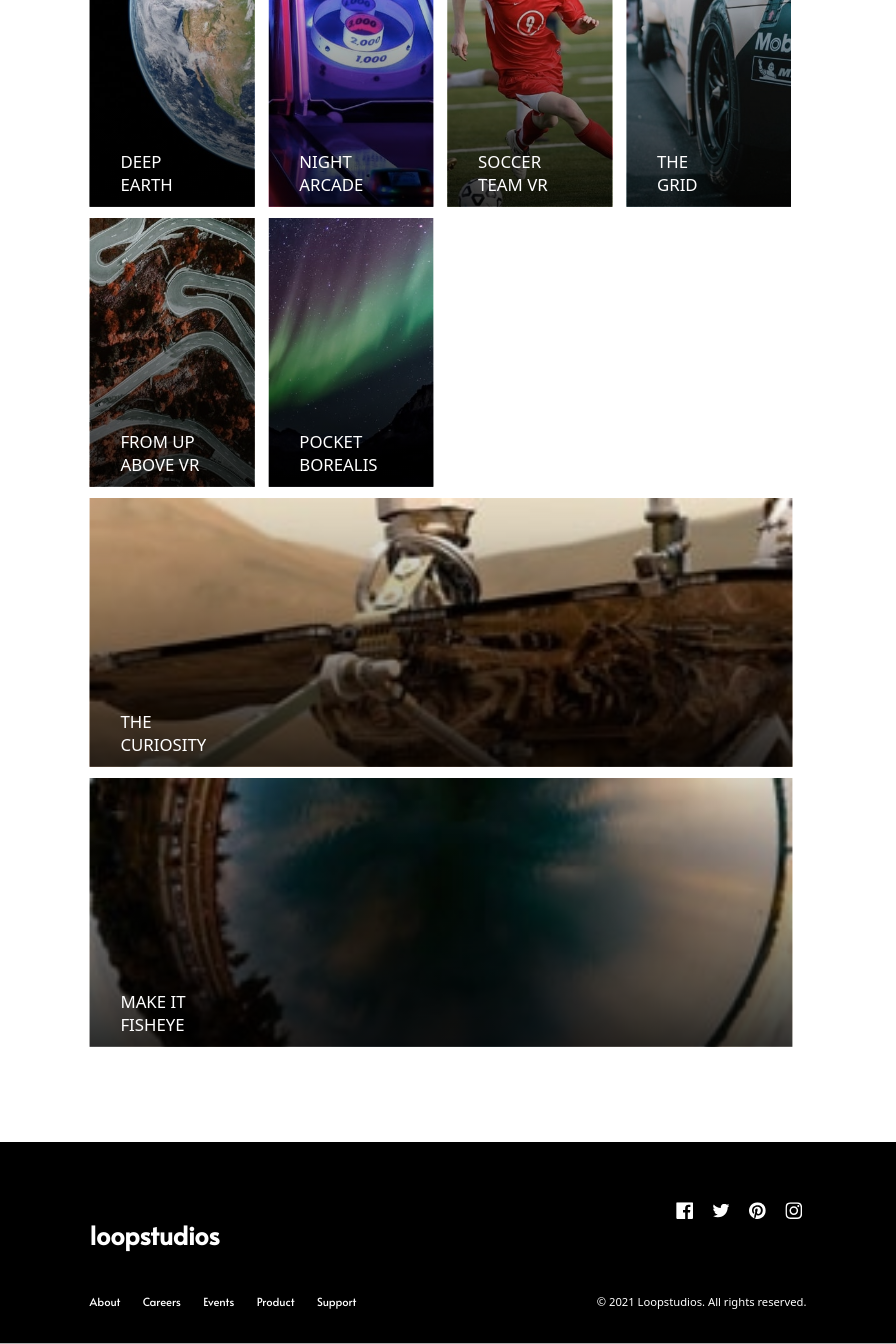
Repository: CAMPSLOPY/StudioLoopApp
Page: index.html
An editor plug-in stored every save of this project. The page is shown before and after the next save, followed by the edit.
The browser window is 1280 px wide. The pictures show the part of the page from y = 1608 to 3528 px (the page is 3528 px tall before and 3128 px after), at 70% of full size.
Some web fonts or font styles are not loaded; a fallback is used. Some web libraries are served in a nearby version.

Above is the page before, as saved 2021-02-26 03:01:35.

After the next save:
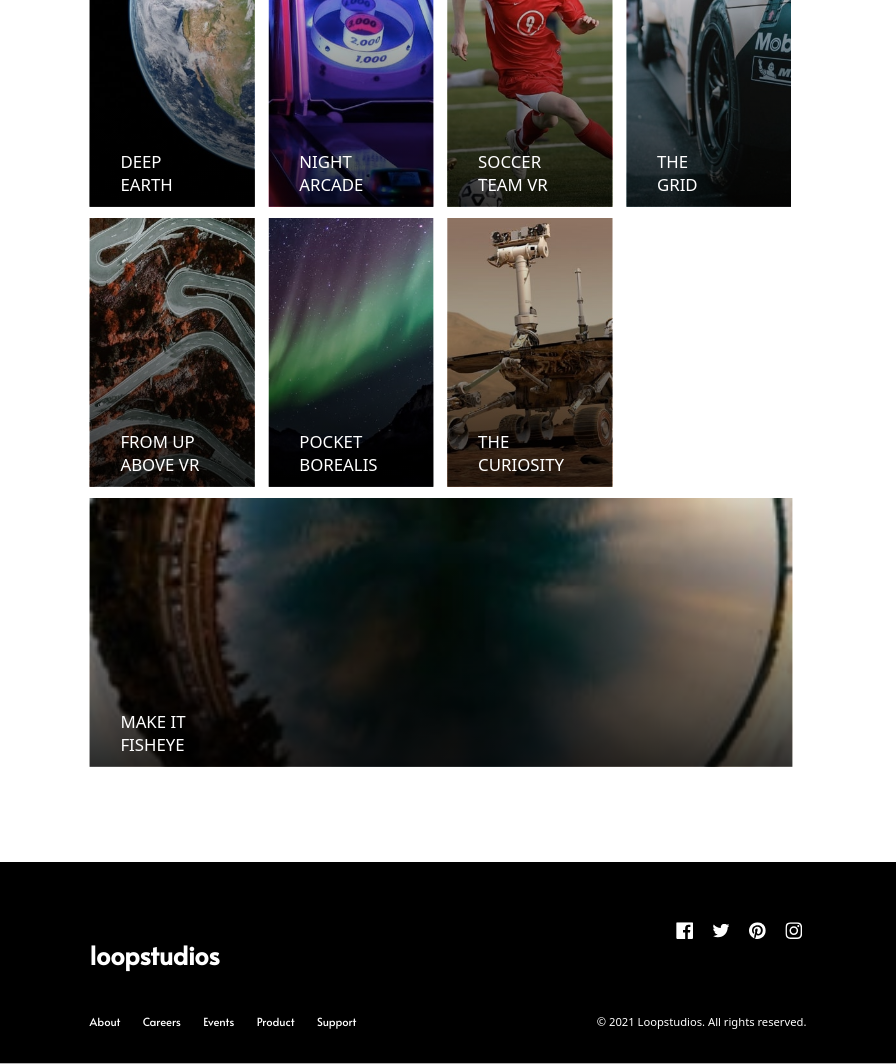
Saved 8 s later.
--- a/index.html
+++ b/index.html
@@ -280,7 +280,7 @@
             <div
               data-aos="fade-up"
               id="card-box"
-              class="relative mr-5 mb-4 h-38 w-full card curiosity md:h-96 bg-no-repeat bg-cover bg-center md:w-better"
+              class="card-box relative mr-5 mb-4 h-38 w-full card curiosity md:h-96 bg-no-repeat bg-cover bg-center md:w-better"
             >
               <img
                 src="/images/mobile/image-curiosity.jpg"
